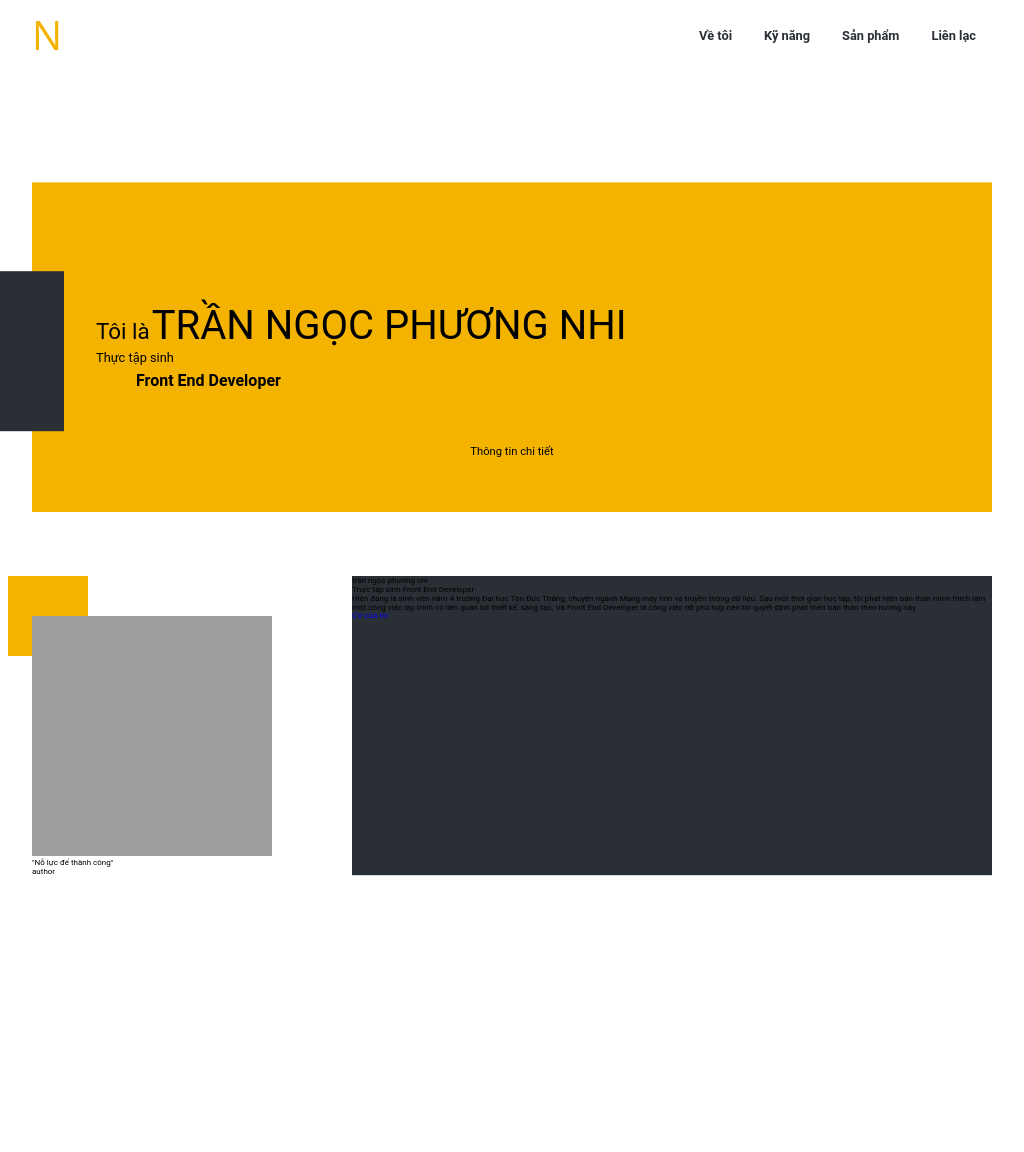
Repository: TranNgocPhuongNhi/my-portfolio
Page: index.html
The author's editor kept a copy of each file at every save. The page is drawn from the files as they stood at one save, then again after the next save.
The browser window is 1280 px wide. The pictures show the whole page, at 80% of full size.
Pictures or frames that could not be fetched are drawn as grey boxes. Some icons come from a web library that is not loaded, so they are not drawn. Some web libraries are served in a nearby version.

Above is the page before, as saved 2021-07-04 16:01:47.

After the next save:
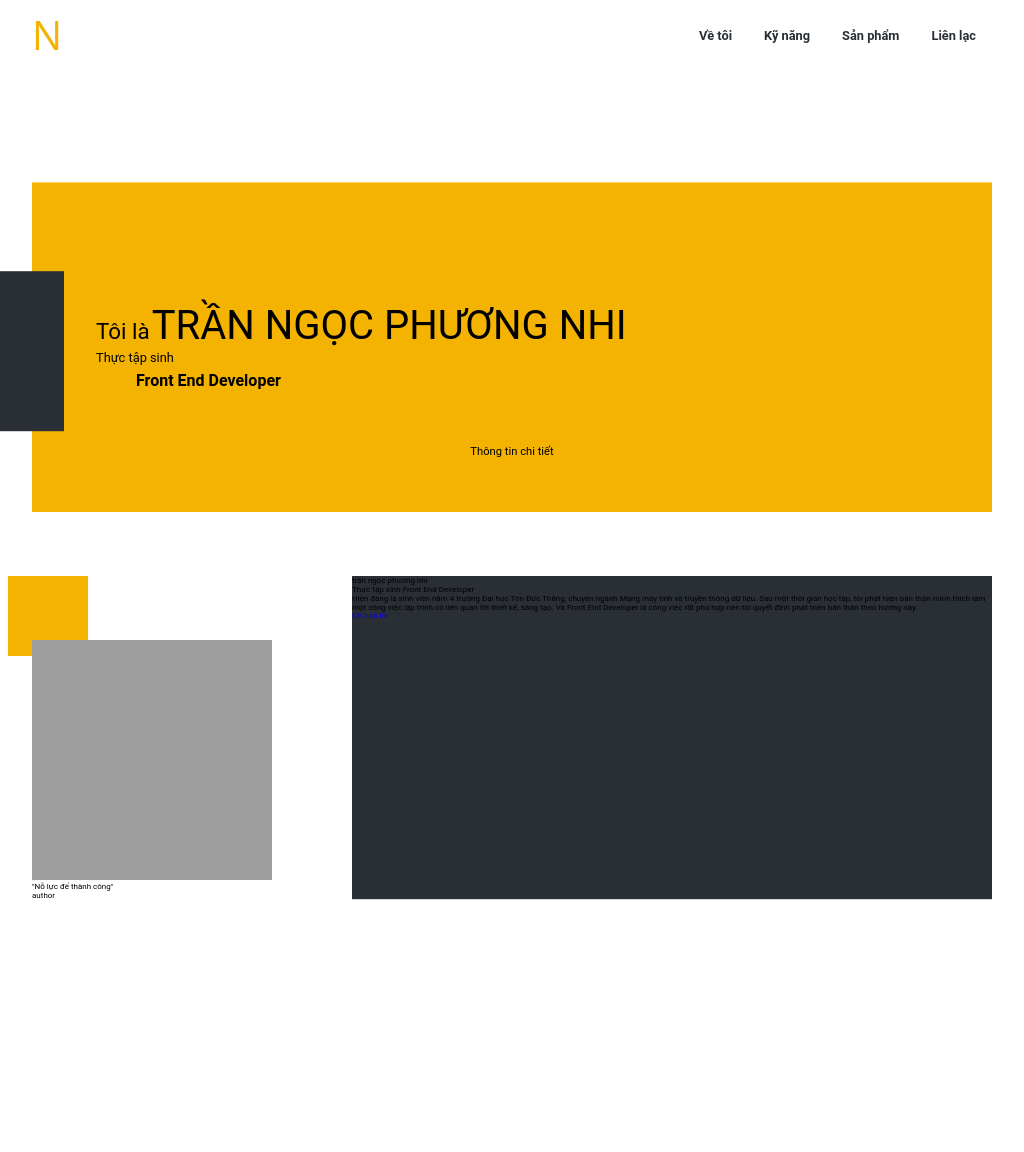
Saved 6 s later.
--- a/resources/css/main.css
+++ b/resources/css/main.css
@@ -163,7 +163,7 @@ a {
 }
 
 .about__avatar {
-    margin-top: 5rem;
+    margin-top: 8rem;
 }
 
 .about__avatar img {
